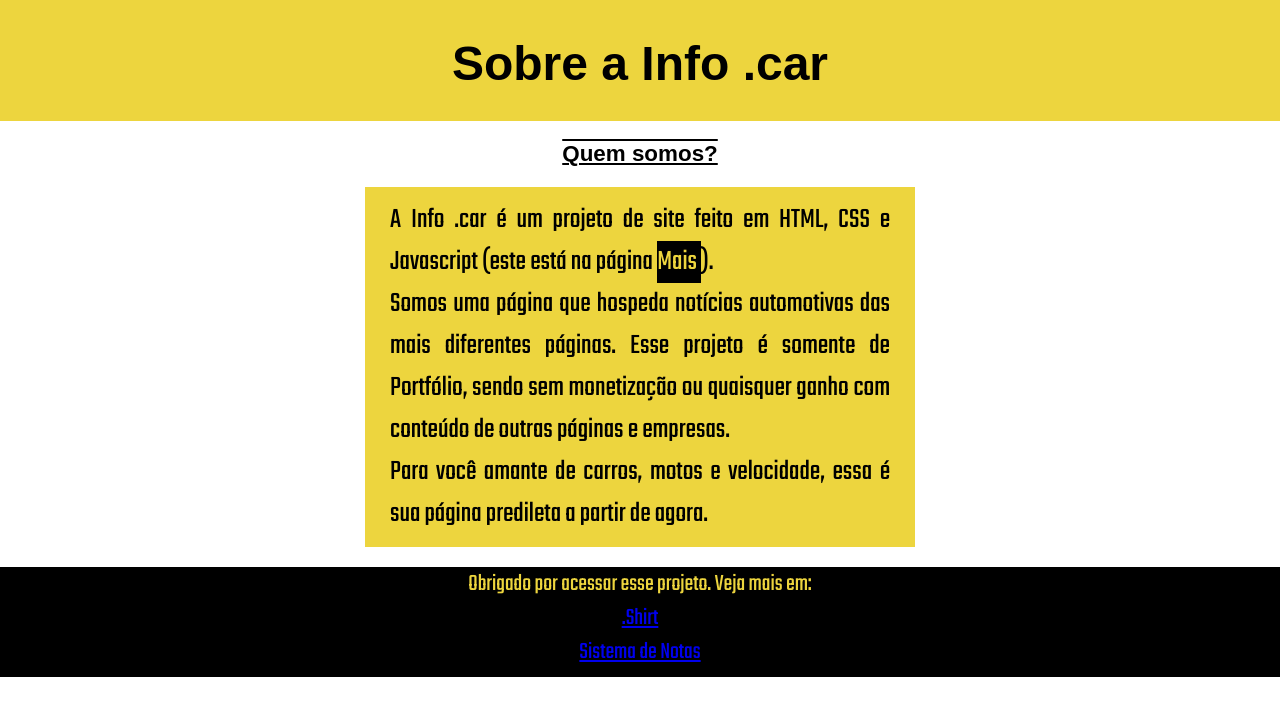
Repository: Leonngc/projeto-info.car
Page: sobre.html
These files come from the project's save history. The page is drawn as it stood at one moment and after a run of saves; the edit follows.
The browser window is 1280 px wide. The pictures show the whole page.
Some web fonts or font styles are not loaded; a fallback is used.

Above is the page before, as saved 2022-11-05 15:49:39.

### sobre.html
<!DOCTYPE html>
<html lang="pt-br">
<head>
    <meta charset="UTF-8">
    <meta http-equiv="X-UA-Compatible" content="IE=edge">
    <meta name="viewport" content="width=device-width, initial-scale=1.0">
    <link rel="stylesheet" href="sobre.css">
    <title>Sobre nós</title>
</head>
<body>
    <header>
        <h1>Sobre a Info .car</h1>
    </header>

    <main>
        <article>
            <h1>Quem somos?</h1>
            <p>
                A Info .car é um projeto de site feito em HTML, CSS e Javascript (este está na página <a href=""> <abbr title="Clique aqui" style="text-decoration: none;">Mais</abbr> </a>).  <br>
                Somos uma página que hospeda notícias automotivas das mais diferentes páginas. Esse projeto é somente de Portfólio, sendo sem monetização ou quaisquer ganho com conteúdo de outras páginas e empresas.
                <br>
                Para você amante de carros, motos e velocidade, essa é sua página predileta a partir de agora. <br>
            </p>
        </article>
    </main>

        <footer>
            <p>Obrigado por acessar esse projeto. Veja mais em: <br>
            <a href="https://leonngc.github.io/projeto-shirt/" target="_blank">.Shirt</a>
            <br>
            <a href="https://leonngc.github.io/sistema-de-notas/" target="_blank">Sistema de Notas</a>
            </p>
        </footer>
</body>
</html>

### sobre.css
@charset "UTF 8";
@import url('https://fonts.googleapis.com/css2?family=Michroma&display=swap');
@import url('https://fonts.googleapis.com/css2?family=Teko&display=swap');
@import url('https://fonts.googleapis.com/css2?family=Ramabhadra&display=swap');

:root{
    --font-title: 'Ramabhadra', sans-serif;
    --font-text: 'Teko', sans-serif;
}

*{
    margin: 0;
    padding: 0;
}

header{
    background-color: #edd53e;
    color: black;
    padding: 30px;
    padding-top: 5vh;
    min-width: 2em;
    font-size: 1.5em;
    text-align: center;
    font-family: var(--font-title);
}

article{
    margin: auto;
    min-width: 300px;
    max-width: 1000px;
}

article > h1{
    font-family: var(--font-title);
    font-size: 1.4em;
    text-align: center;
    text-decoration: overline underline;
    margin-top: 20px;
    margin-bottom: 20px;
}

article > p{
   font-family: var(--font-text);
   font-size: 1.8em;
   text-align: justify;
   margin: auto;
   width: 500px;
   min-width: 300px;
   min-height: 300px;
   padding: 12px 25px 12px 25px;
   background-color: #edd53e;
}

article p > a{
    text-decoration: none;
    color: #edd53e;
    background-color: black;
}

article p > a:hover{
        text-decoration: underline;
}

footer{
    background-color: black;
    color: #edd53e;
    margin-top: 20px;
    padding-bottom: 8px;
}

footer > p {
    font-family: var(--font-text);
    font-size: 1.5em;
    text-align: center;
}

After the next 2 saves:
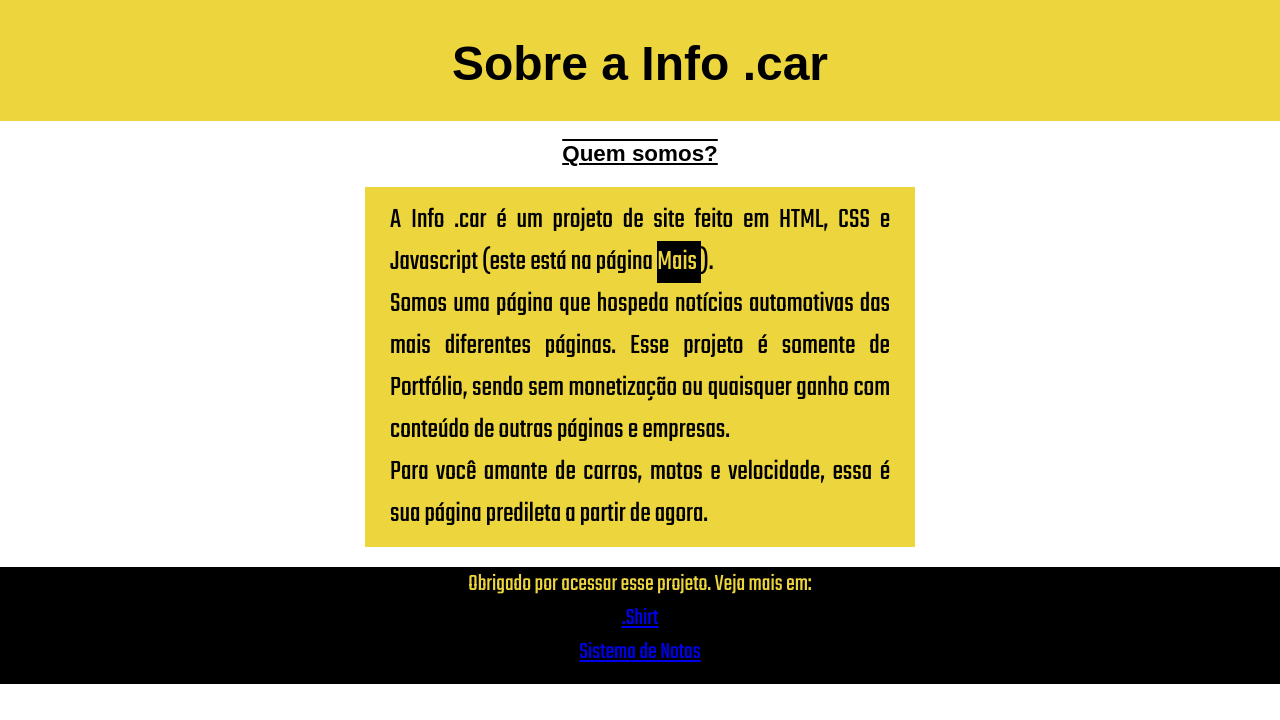
The 2 saves are shown as one change because they came seconds apart.
The last was saved 10 s later.
--- a/sobre.css
+++ b/sobre.css
@@ -65,7 +65,7 @@ footer{
     background-color: black;
     color: #edd53e;
     margin-top: 20px;
-    padding-bottom: 8px;
+    padding-bottom: 15px;
 }
 
 footer > p {
